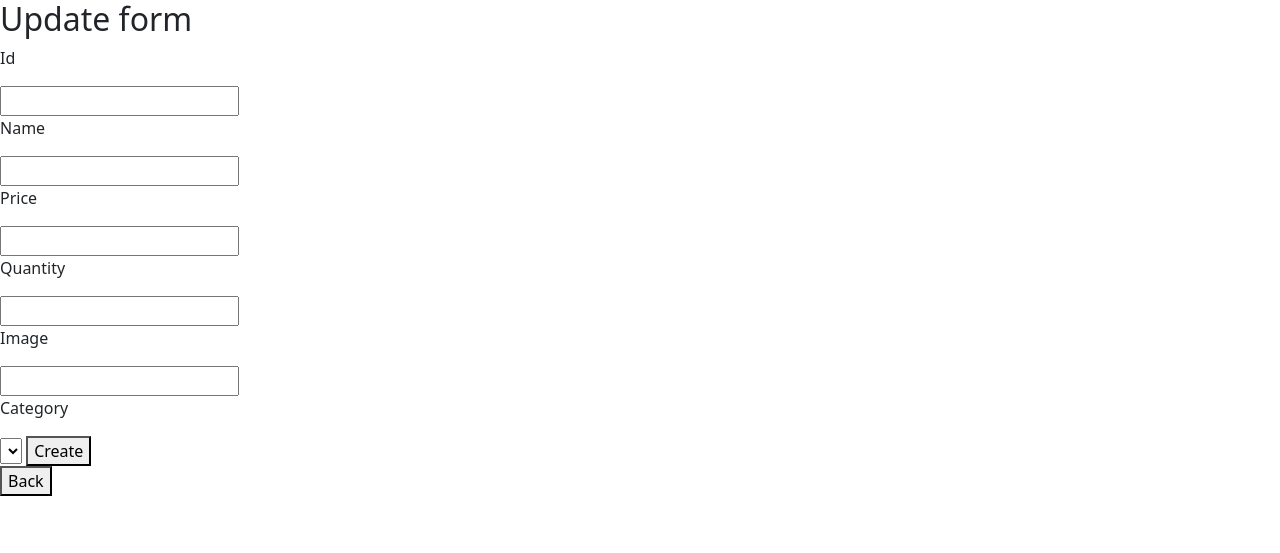
Repository: hongquan16101995/servlet-jw0124
Page: http://localhost/demo/products?action=updateGet&id=1
An editor plug-in stored every save of this project. The page is shown before and after the next save, followed by the edit.
The browser window is 1280 px wide. The pictures show the whole page.
The page is served by Tomcat 9. Other server files are loaded and not shown.

Above is the page before, as saved 2024-05-14 12:21:46.

### demo/src/main/webapp/product/update.jsp
<%@ page language="java" contentType="text/html; charset=ISO-8859-1"
    pageEncoding="ISO-8859-1"%>
<%@ taglib prefix = "c" uri = "http://java.sun.com/jsp/jstl/core" %>
<!DOCTYPE html>
<html>
<head>
<meta charset="ISO-8859-1">
<title>Insert title here</title>
<link href="https://cdn.jsdelivr.net/npm/bootstrap@5.0.2/dist/css/bootstrap.min.css" rel="stylesheet" integrity="sha384-EVSTQN3/azprG1Anm3QDgpJLIm9Nao0Yz1ztcQTwFspd3yD65VohhpuuCOmLASjC" crossorigin="anonymous">
<script src="https://cdn.jsdelivr.net/npm/bootstrap@5.0.2/dist/js/bootstrap.bundle.min.js" integrity="sha384-MrcW6ZMFYlzcLA8Nl+NtUVF0sA7MsXsP1UyJoMp4YLEuNSfAP+JcXn/tWtIaxVXM" crossorigin="anonymous"></script>
</head>
<body>
<h2>Update form</h2>
<form action="/demo/products?action=updatePost" method="post">
	<p>Id</p>
	<input name="id" value="${product.id }" readonly>
	<p>Name</p>
	<input name="name" value="${product.name }" >
	<p>Price</p>
	<input name="price" value="${product.price }" >
	<p>Quantity</p>
	<input name="quantity" value="${product.quantity }" >
	<p>Image</p>
	<input name="image" value="${product.image }" >
	<p>Category</p>
	<select name="cId">
		<c:forEach items="${categories }" var="c">
			<option value = "${c.id }">${c.name }</option>
		</c:forEach>
	</select>
	<button type="submit">Create</button>

</form><a href="/demo/products"><button>Back</button></a>
</body>
</html>

### demo/src/main/java/controller/ProductServlet.java
package controller;

import java.io.IOException;
import java.util.List;

import javax.servlet.ServletException;
import javax.servlet.annotation.WebServlet;
import javax.servlet.http.HttpServlet;
import javax.servlet.http.HttpServletRequest;
import javax.servlet.http.HttpServletResponse;

import model.Category;
import model.Product;
import service.CategoryService;
import service.ProductService;

/**
 * Servlet implementation class ProductServlet
 */
@WebServlet("/products")
public class ProductServlet extends HttpServlet {
	private static final long serialVersionUID = 1L;
	private ProductService productService = new ProductService();
	private CategoryService categoryService = CategoryService.getInstance();

	/**
	 * @see HttpServlet#doGet(HttpServletRequest request, HttpServletResponse response)
	 */
	protected void doGet(HttpServletRequest request, HttpServletResponse response) throws ServletException, IOException {
		// TODO Auto-generated method stub
		String action = request.getParameter("action");
		if (action == null) {
			action = "";
		}
		switch(action) {
			case "createGet":
				createGet(request, response);
				break;
			case "updateGet":
				updateGet(request, response);
				break;
			case "deleteProduct":
				deleteProduct(request, response);
				break;
			case "findByCategory":
				findByCategory(request, response);
				break;
			default:
				displayAllProduct(request, response);
				break;
		}
	}

	/**
	 * @see HttpServlet#doPost(HttpServletRequest request, HttpServletResponse response)
	 */
	protected void doPost(HttpServletRequest request, HttpServletResponse response) throws ServletException, IOException {
		// TODO Auto-generated method stub
		String action = request.getParameter("action");
		if (action == null) {
			action = "";
		}
		switch(action) {
			case "createPost":
				createPost(request, response);
				break;
			case "updatePost":
				updatePost(request, response);
				break;
		}
	}

	private void displayAllProduct(HttpServletRequest request, HttpServletResponse response) throws ServletException, IOException {
		List<Product> products = productService.getProducts();
		request.setAttribute("products", products);
		request.getRequestDispatcher("product/list.jsp").forward(request, response);
	}

	private void findByCategory(HttpServletRequest request, HttpServletResponse response) throws ServletException, IOException {
		int categoryId = Integer.parseInt(request.getParameter("cId"));
		List<Product> products = productService.findByCateogory(categoryId);
		request.setAttribute("products", products);
		request.getRequestDispatcher("product/list.jsp").forward(request, response);
	}

	private void createGet(HttpServletRequest request, HttpServletResponse response) throws ServletException, IOException {
		Product product = new Product();
		List<Category> categories = categoryService.getCategories();
		request.setAttribute("product", product);
		request.setAttribute("categories", categories);
		request.getRequestDispatcher("product/create.jsp").forward(request, response);
	}

	private void createPost(HttpServletRequest request, HttpServletResponse response) throws ServletException, IOException {
		int id = Integer.parseInt(request.getParameter("id"));
		String name = request.getParameter("name");
		double price = Double.parseDouble(request.getParameter("price"));
		int quantity = Integer.parseInt(request.getParameter("quantity"));
		String image = request.getParameter("image");
		int categoryId = Integer.parseInt(request.getParameter("cId"));
		Category category = categoryService.getById(categoryId);
		productService.createProduct(new Product(id, name, price, quantity, image, category));
		response.sendRedirect("/demo/products");
	}

	private void updateGet(HttpServletRequest request, HttpServletResponse response) throws ServletException, IOException {
		int id = Integer.parseInt(request.getParameter("id"));
		Product product = productService.getById(id);
		List<Category> categories = categoryService.getCategories();
		request.setAttribute("product", product);
		request.setAttribute("categories", categories);
		request.getRequestDispatcher("product/update.jsp").forward(request, response);
	}

	private void updatePost(HttpServletRequest request, HttpServletResponse response) throws ServletException, IOException {
		int id = Integer.parseInt(request.getParameter("id"));
		String name = request.getParameter("name");
		double price = Double.parseDouble(request.getParameter("price"));
		int quantity = Integer.parseInt(request.getParameter("quantity"));
		String image = request.getParameter("image");
		int categoryId = Integer.parseInt(request.getParameter("cId"));
		Category category = categoryService.getById(categoryId);
		productService.updateProduct(id, new Product(id, name, price, quantity, image, category));
		response.sendRedirect("/demo/products");
	}

	private void deleteProduct(HttpServletRequest request, HttpServletResponse response) throws ServletException, IOException {
		int id = Integer.parseInt(request.getParameter("id"));
		productService.deleteProduct(id);
		response.sendRedirect("/demo/products");
	}

}

After the next save:
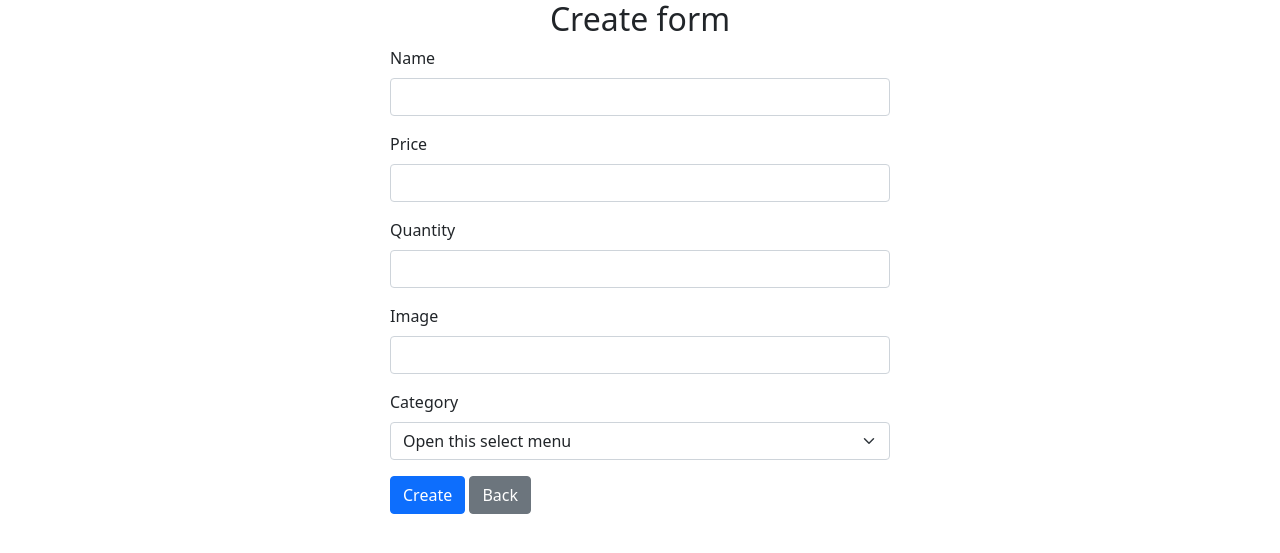
Saved 115 s later.
--- a/demo/src/main/webapp/product/update.jsp
+++ b/demo/src/main/webapp/product/update.jsp
@@ -8,28 +8,53 @@
 <title>Insert title here</title>
 <link href="https://cdn.jsdelivr.net/npm/bootstrap@5.0.2/dist/css/bootstrap.min.css" rel="stylesheet" integrity="sha384-EVSTQN3/azprG1Anm3QDgpJLIm9Nao0Yz1ztcQTwFspd3yD65VohhpuuCOmLASjC" crossorigin="anonymous">
 <script src="https://cdn.jsdelivr.net/npm/bootstrap@5.0.2/dist/js/bootstrap.bundle.min.js" integrity="sha384-MrcW6ZMFYlzcLA8Nl+NtUVF0sA7MsXsP1UyJoMp4YLEuNSfAP+JcXn/tWtIaxVXM" crossorigin="anonymous"></script>
+<style type="text/css">
+	#update {
+		width: 500px;
+		margin: auto;
+	}
+
+	h2 {
+		text-align: center;
+	}
+</style>
 </head>
 <body>
-<h2>Update form</h2>
+<div id="update">
+<h2>Create form</h2>
 <form action="/demo/products?action=updatePost" method="post">
-	<p>Id</p>
-	<input name="id" value="${product.id }" readonly>
-	<p>Name</p>
-	<input name="name" value="${product.name }" >
-	<p>Price</p>
-	<input name="price" value="${product.price }" >
-	<p>Quantity</p>
-	<input name="quantity" value="${product.quantity }" >
-	<p>Image</p>
-	<input name="image" value="${product.image }" >
-	<p>Category</p>
-	<select name="cId">
-		<c:forEach items="${categories }" var="c">
+<div class="mb-3" hidden>
+  <label for="id" class="form-label">Id</label>
+  <input type="text" class="form-control" id="id" name="id" value="${product.id }" >
+</div>
+<div class="mb-3">
+  <label for="name" class="form-label">Name</label>
+  <input type="text" class="form-control" id="name" name="name" value="${product.name }">
+</div>
+<div class="mb-3">
+  <label for="price" class="form-label">Price</label>
+  <input type="number" class="form-control" id="price" name="price" value="${product.price }" >
+</div>
+<div class="mb-3">
+  <label for="quantity" class="form-label">Quantity</label>
+  <input type="number" class="form-control" id="quantity" name="quantity" value="${product.quantity }">
+</div>
+<div class="mb-3">
+  <label for="image" class="form-label">Image</label>
+  <input type="text" class="form-control" id="image" name="image" value="${product.image }" >
+</div>
+<div class="mb-3">
+  <label for="category" class="form-label">Category</label>
+<select class="form-select" aria-label="Default select example" id="category" name="cId">
+  <option selected>Open this select menu</option>
+  <c:forEach items="${categories }" var="c">
 			<option value = "${c.id }">${c.name }</option>
 		</c:forEach>
-	</select>
-	<button type="submit">Create</button>
-
-</form><a href="/demo/products"><button>Back</button></a>
+</select>
+</div>
+<button class="btn btn-primary" type="submit">Create</button>
+<a href="/demo/products" class="btn btn-secondary" >Back</a>
+</form>
+</div>
 </body>
 </html>
